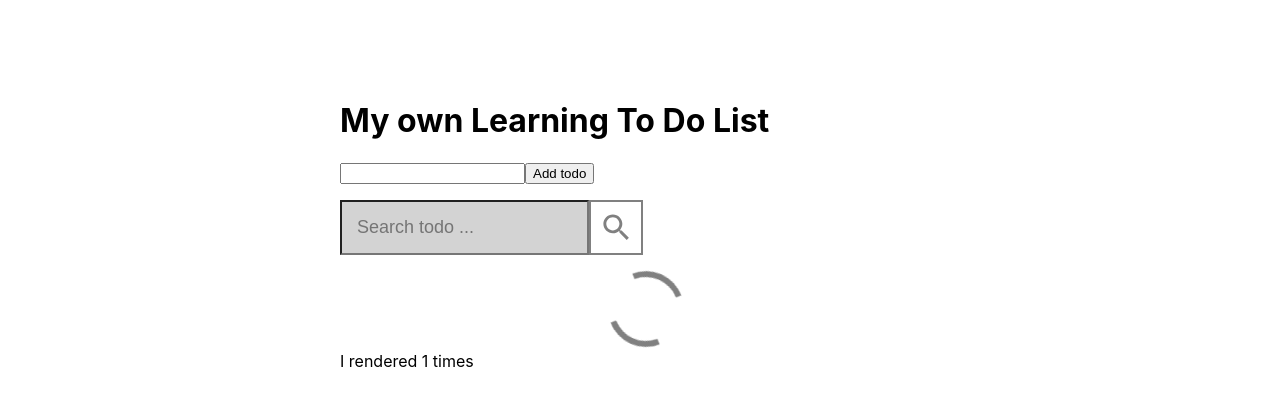
Repository: ArusyakAghajanyan/To-Do
Page: /
The author's editor kept a copy of each file at every save. The page is drawn from the files as they stood at one save, then again after the next save.
The browser window is 1280 px wide. The pictures show the whole page.
The page's requests for data from a server got no answer. The project was rebuilt for these pictures with package versions that can differ from the ones it lists, and the page was loaded fresh each time. No one was signed in, and anything a server would have sent is missing. Also part of the build but not shown: src/Todo/TodoItem.js, src/Todo/TodoList.js.

Above is the page before, as saved 2022-03-16 16:04:15.

After the next save:
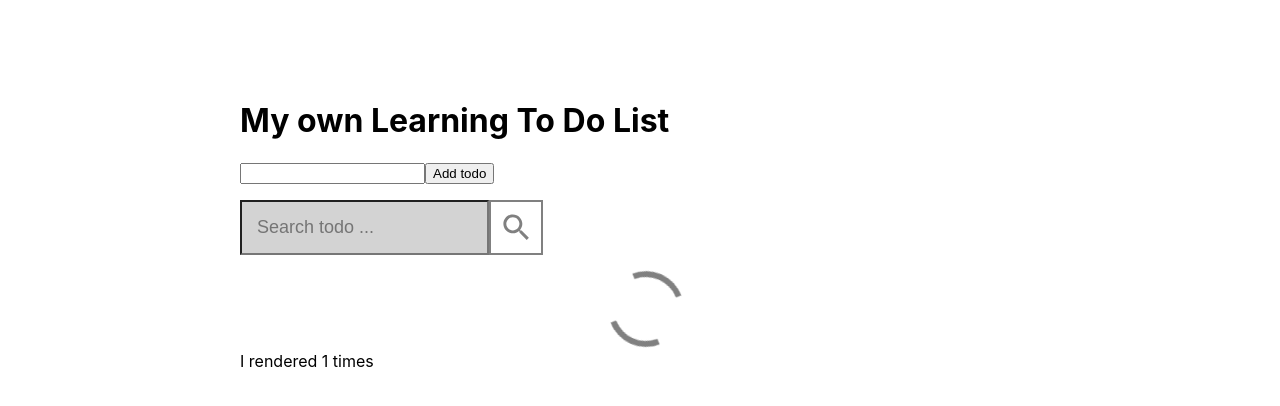
Saved 2 min 28 s later.
--- a/src/index.css
+++ b/src/index.css
@@ -14,7 +14,7 @@ code {
 .wrapper {
   padding-top: 5rem;
   margin: 0 auto;
-  width: 600px;
+  width: 800px;
 }
 .rm {
   background: gray;
